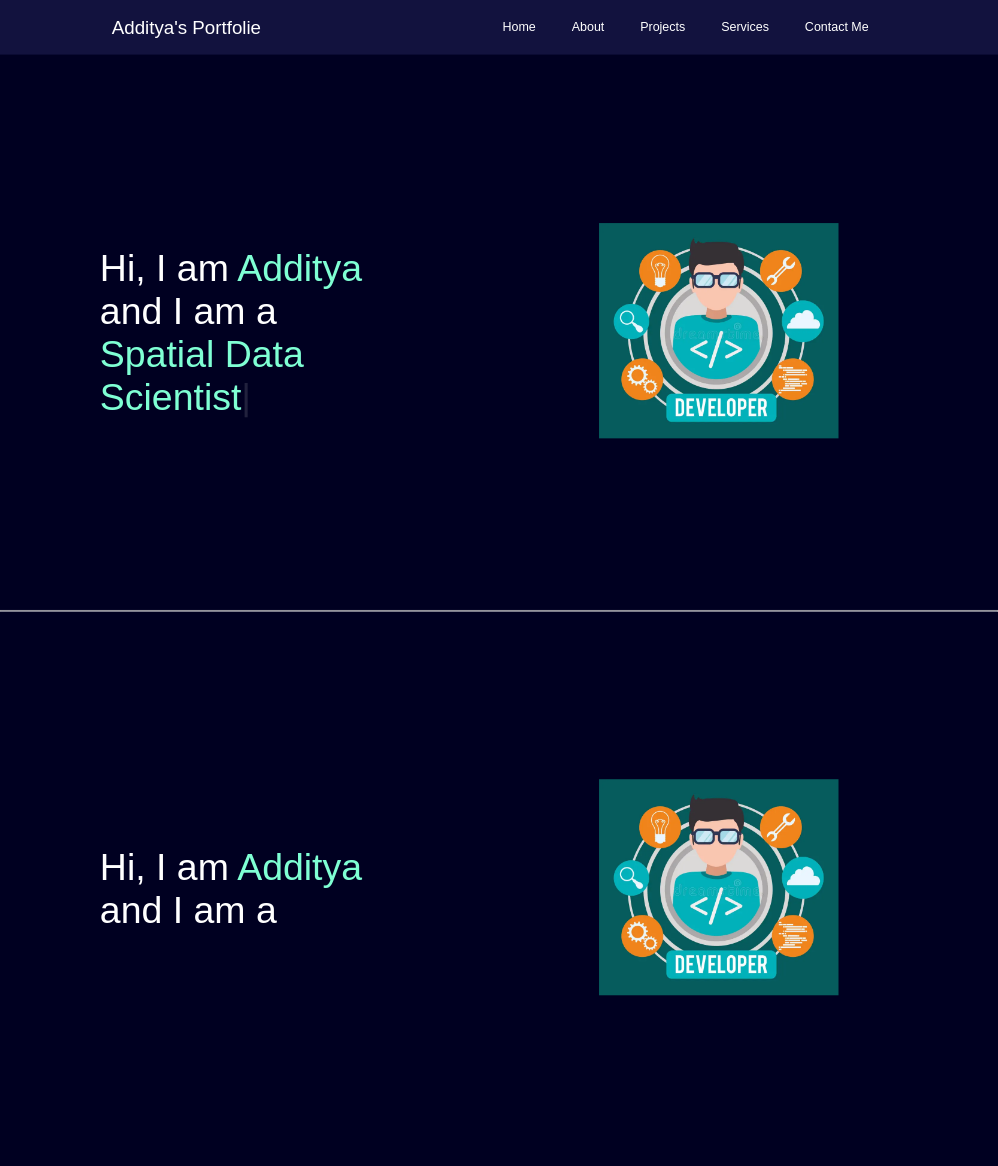
Repository: VictoriousMango/Portfolio
Page: index.html
The author's editor kept a copy of each file at every save. The page is drawn from the files as they stood at one save, then again after the next save.
The browser window is 1280 px wide. The pictures show the whole page, at 78% of full size.

Above is the page before, as saved 2023-08-27 09:57:19.

After the next save:
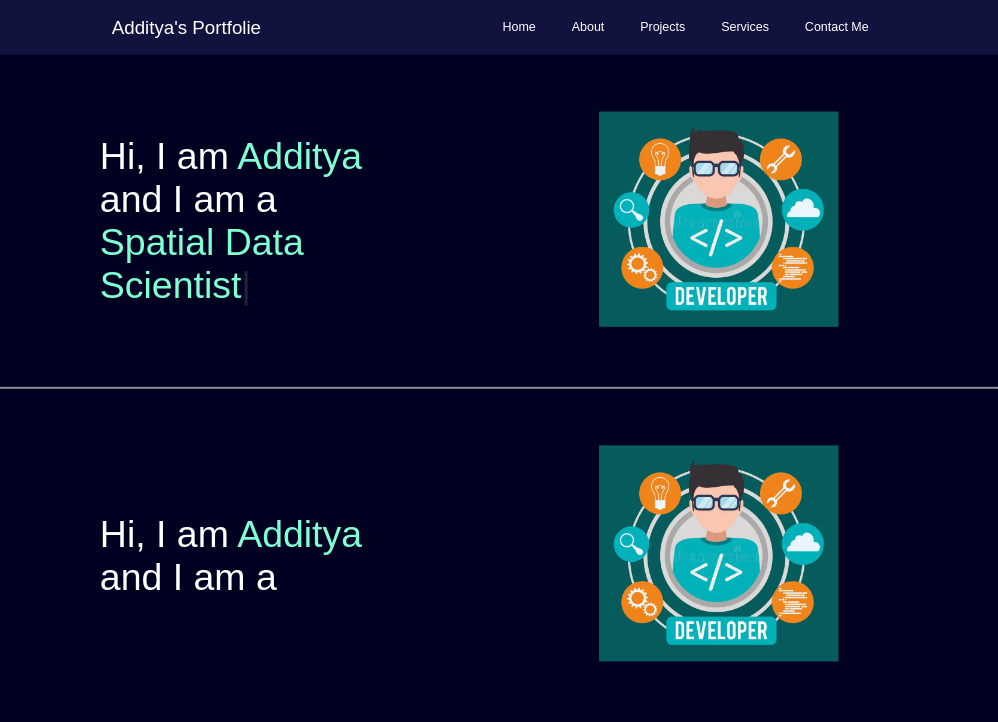
Saved 6 s later.
--- a/index.html
+++ b/index.html
@@ -53,7 +53,7 @@
             display: flex;
             justify-content: space-around;
             align-items: center;
-            margin: 23vh 0;
+            margin: 23px 0;
 
         }
 

After the save that followed:
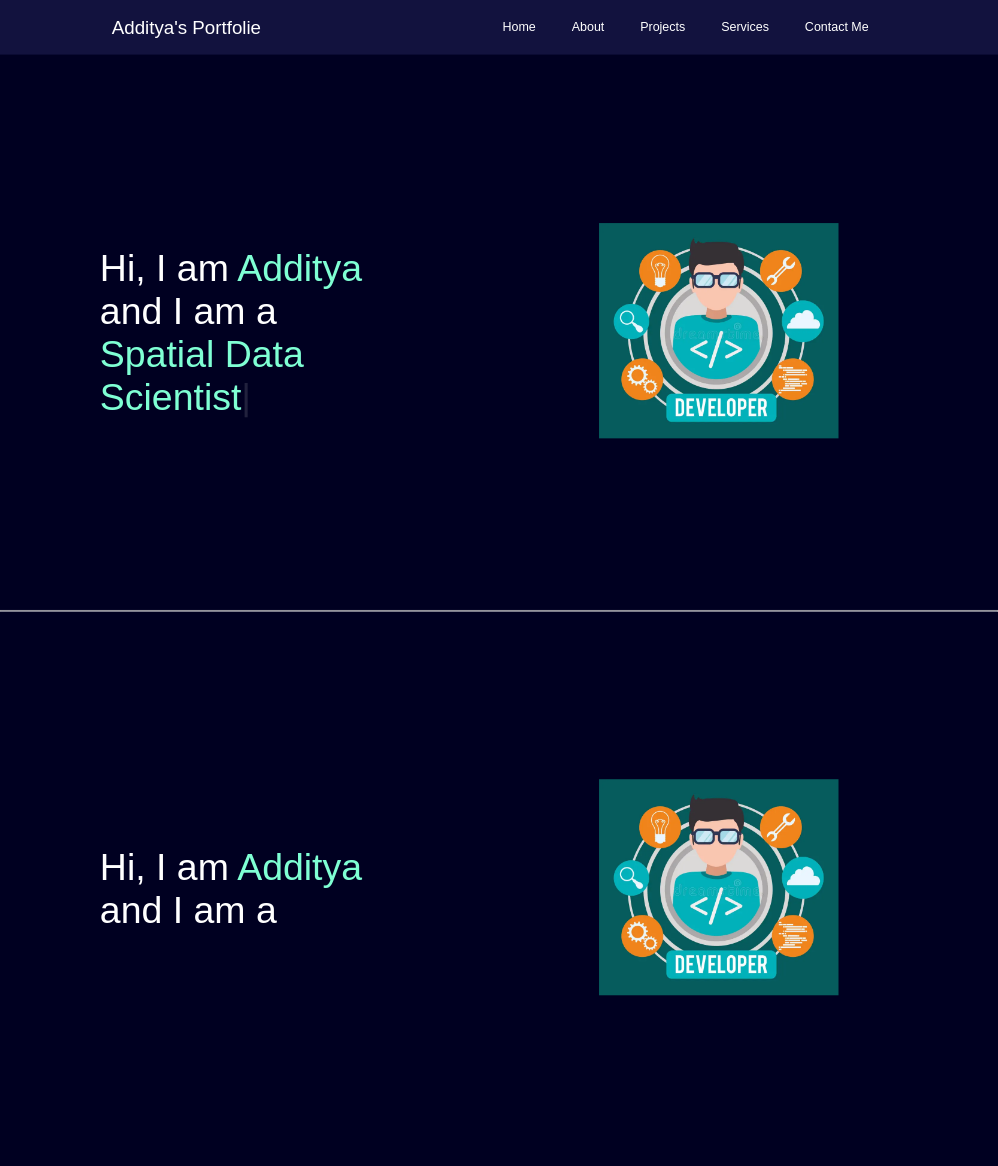
Saved 16 s later.
--- a/index.html
+++ b/index.html
@@ -53,7 +53,7 @@
             display: flex;
             justify-content: space-around;
             align-items: center;
-            margin: 23px 0;
+            margin: 23vh 0;
 
         }
 
